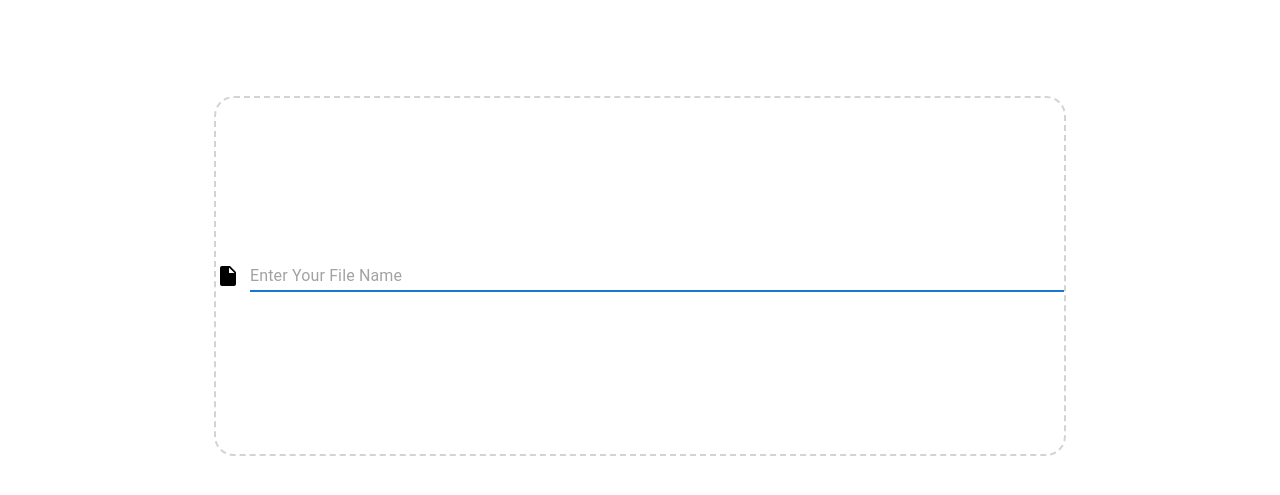
Repository: BhushanPatil-121/pdf-upload-nextjs
Page: /
These files come from the project's save history. The page is drawn as it stood at one moment and after the next save; the edit follows.
The browser window is 1280 px wide. The pictures show the whole page.
The project was rebuilt for these pictures with package versions that can differ from the ones it lists, and the page was loaded fresh each time. The framework's server and built-in components were replaced by stand-ins that run in the browser. Also part of the build but not shown: next.config.mjs.

Above is the page before, as saved 2024-02-29 11:34:26.

### src/app/page.tsx
"use client"
import styles from "./page.module.css";
import { styled } from '@mui/material/styles';
import Button from '@mui/material/Button';
import CloudUploadIcon from '@mui/icons-material/CloudUpload';
import { useState } from 'react';
import { Alert, Box, Card, Container, Stack, TextField } from "@mui/material";
import InsertDriveFileIcon from '@mui/icons-material/InsertDriveFile';
import SendIcon from '@mui/icons-material/Send';
import LoadingButton from '@mui/lab/LoadingButton';
import { CloudDownload } from "@mui/icons-material";

const VisuallyHiddenInput = styled('input')({
  clip: 'rect(0 0 0 0)',
  clipPath: 'inset(50%)',
  height: 1,
  overflow: 'hidden',
  position: 'absolute',
  bottom: 0,
  left: 0,
  whiteSpace: 'nowrap',
  width: 1,
});

export default function Home() {
  const [loading, setLoading] = useState(false);
  const [uploading, setUploding] = useState(false);
  const [fileName, setFileName] = useState<string>("")
  const [defaultFileName, setDefaultFileName] = useState<string>("")
  const [file, setFile] = useState<string>("")
  function handleClick(e: any) {
    setLoading(true);
    setTimeout(() => setLoading(false), 3000);
    setTimeout(() => {
      setUploding(true)
      setFileName("")
      setFile("")
    }, 3000);
    setTimeout(() => setUploding(false), 6000);
    e.preventDefault();
    let formData = new FormData();
    formData.append('filename', fileName);
    formData.append('file', file);
    console.log(fileName, file);
  }
  return (
    <main className={styles.main}>
      <Container maxWidth="md">
        <Box  className={styles.mainContainer }
        sx={{  height: '50vh' }}>
           <div className={styles.mainFormSubContainer1}>
              <InsertDriveFileIcon />
              <Box sx={{width:'100%'}}>
              <TextField
                id="standard-basic"
                fullWidth
                placeholder="Enter Your File Name"
                value={fileName}
                autoFocus
                onChange={(e) => { setFileName(e.target.value) }}
                variant="standard" />
              </Box>
            </div>
        </Box>
      </Container>
    </main>
  );
}

### src/app/globals.css


* {
  box-sizing: border-box;
  padding: 0;
  margin: 0;
}

html,
body {
  max-width: 100vw;
  overflow-x: hidden;
}


a {
  color: inherit;
  text-decoration: none;
}

### src/app/page.module.css
.main {
  display: flex;
  flex-direction: column;
  justify-content: start;
  gap: 20px;
  align-items: center;
  padding: 6rem 0;
  min-height: 100vh;
}

.mainContainer {
  display: flex;
  flex-direction: column;
  justify-content: center;
  align-items: center;
  border-radius: 20px;
  border: dashed 2px lightgrey;
}

.mainHeading {
  color: grey;
}

.mainForm {
  display: flex;
  flex-direction: column;
  align-items: center;
  justify-content: center;
  width: 100%;
  padding: 10px;
  border-radius: 10px;
}

.mainFormContainer {
  display: flex;
  flex-direction: column;
  align-items: center;
  justify-content: center;
  width: 100%;
  height: 100%;
  border: 1px solid grey;
  border-radius: 5px;
  padding: 10px;
  gap: 10px;
  margin: 20px;
}

.mainFormSubContainer1 {
  display: flex;
  flex-direction: row;
  align-items: center;
  justify-content: center;
  gap: 10px;
  width: 100%;
}

.mainFormSubContainer2 {
  display: flex;
  flex-direction: row;
  align-items: center;
  justify-content: space-evenly;
  gap: 10px;
  width: 100%;

}

Loaded but not shown: src/app/layout.tsx (common file)

After the next save:
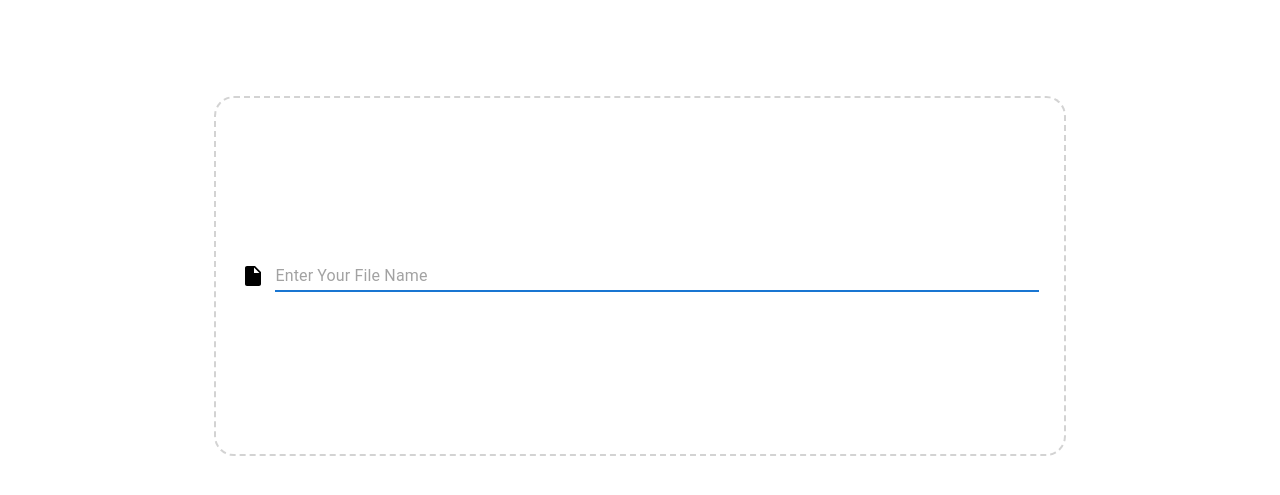
Saved 8 s later.
--- a/src/app/page.tsx
+++ b/src/app/page.tsx
@@ -50,7 +50,7 @@ export default function Home() {
         sx={{  height: '50vh' }}>
            <div className={styles.mainFormSubContainer1}>
               <InsertDriveFileIcon />
-              <Box sx={{width:'100%'}}>
+              <Box sx={{width:'90%'}}>
               <TextField
                 id="standard-basic"
                 fullWidth
